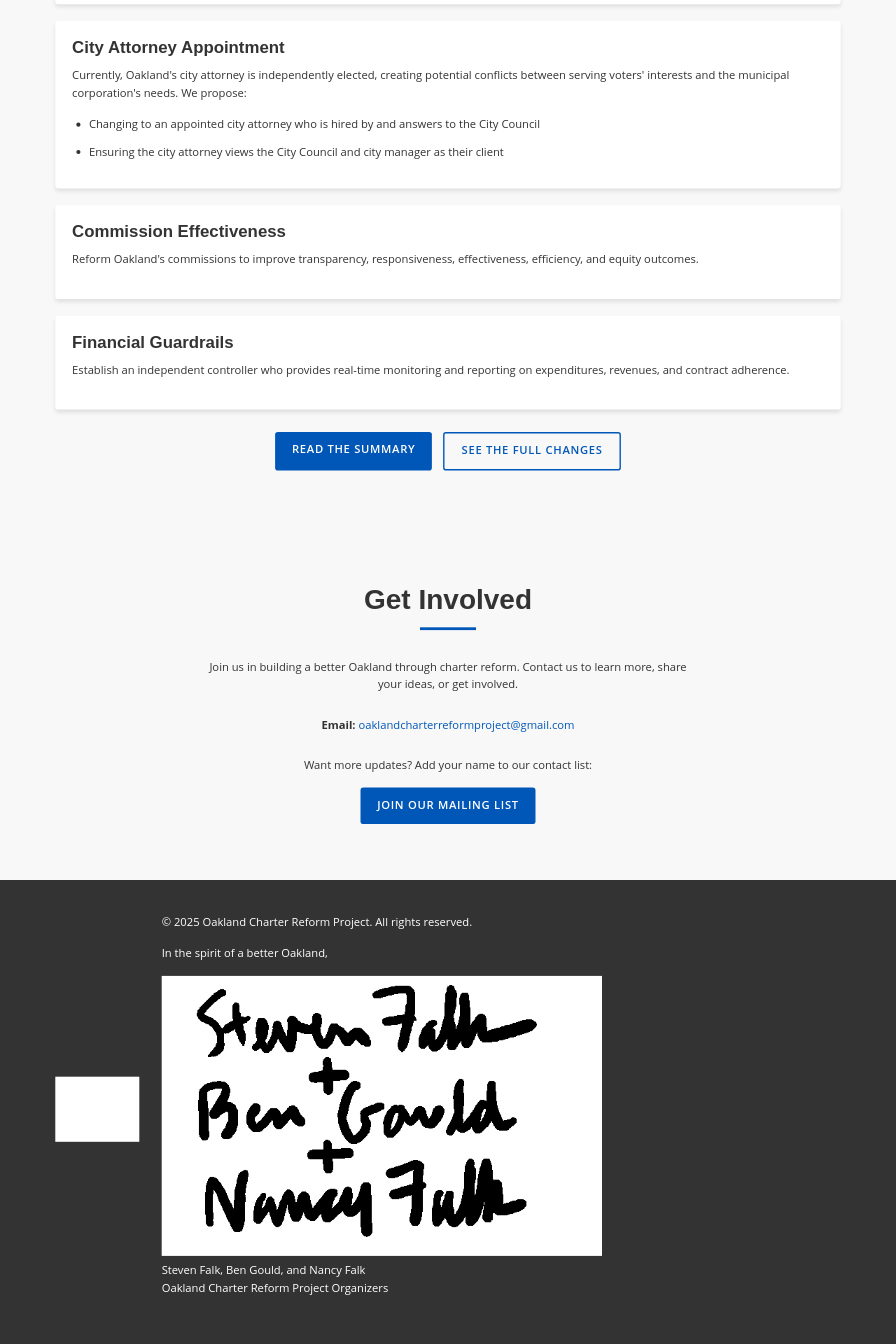
Repository: bgould132/oaklandcharterreform
Page: index.html
The author's editor kept a copy of each file at every save. The page is drawn from the files as they stood at one save, then again after the next save.
The browser window is 1280 px wide. The pictures show the part of the page from y = 3743 to 5663 px (the page is 5663 px tall before and 5422 px after), at 70% of full size.

Above is the page before, as saved 2025-04-07 09:57:31.

After the next save:
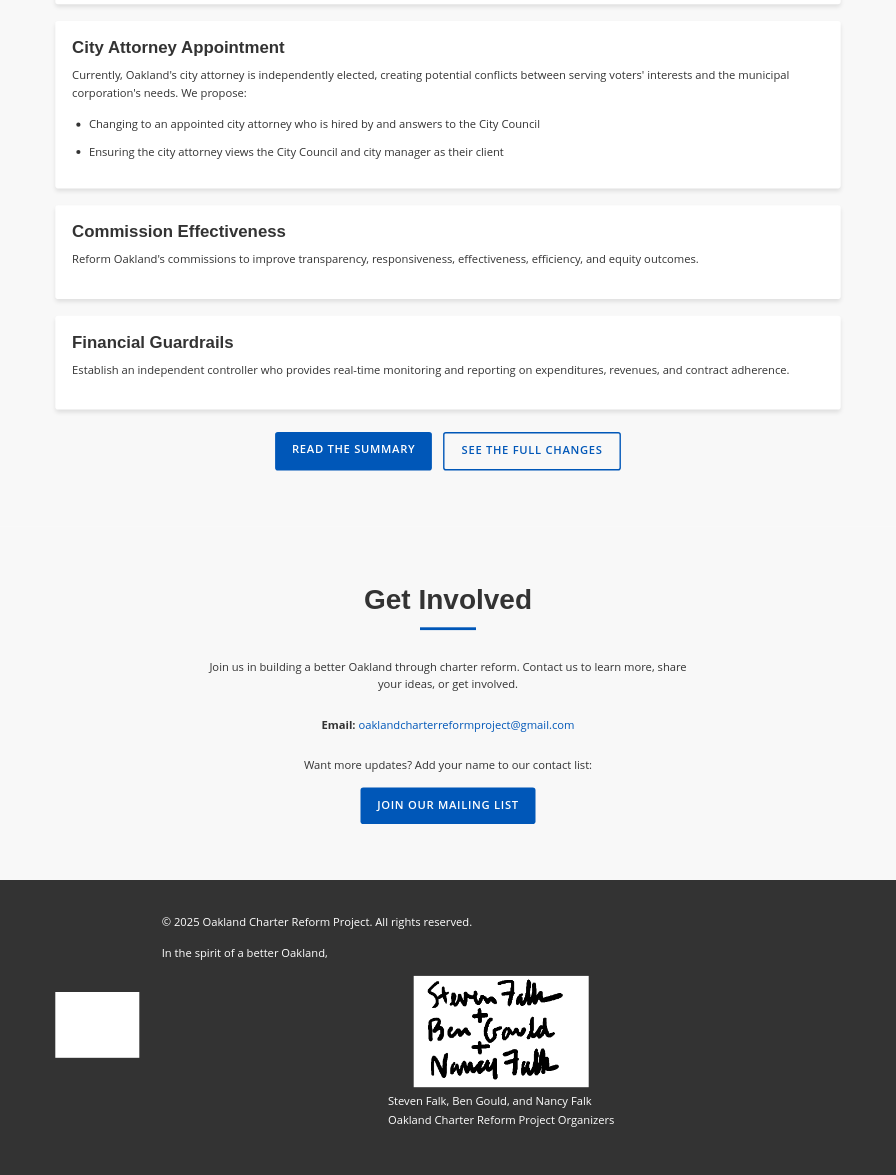
Saved 15 s later.
--- a/css/styles.css
+++ b/css/styles.css
@@ -415,6 +415,18 @@ footer {
     flex: 1;
 }
 
+.signature {
+    margin-top: 1rem;
+    display: flex;
+    flex-direction: column;
+    align-items: center;
+}
+
+.signature-img {
+    max-width: 250px;
+    margin-bottom: 0.5rem;
+}
+
 .footer-social {
     display: flex;
     gap: 1rem;
